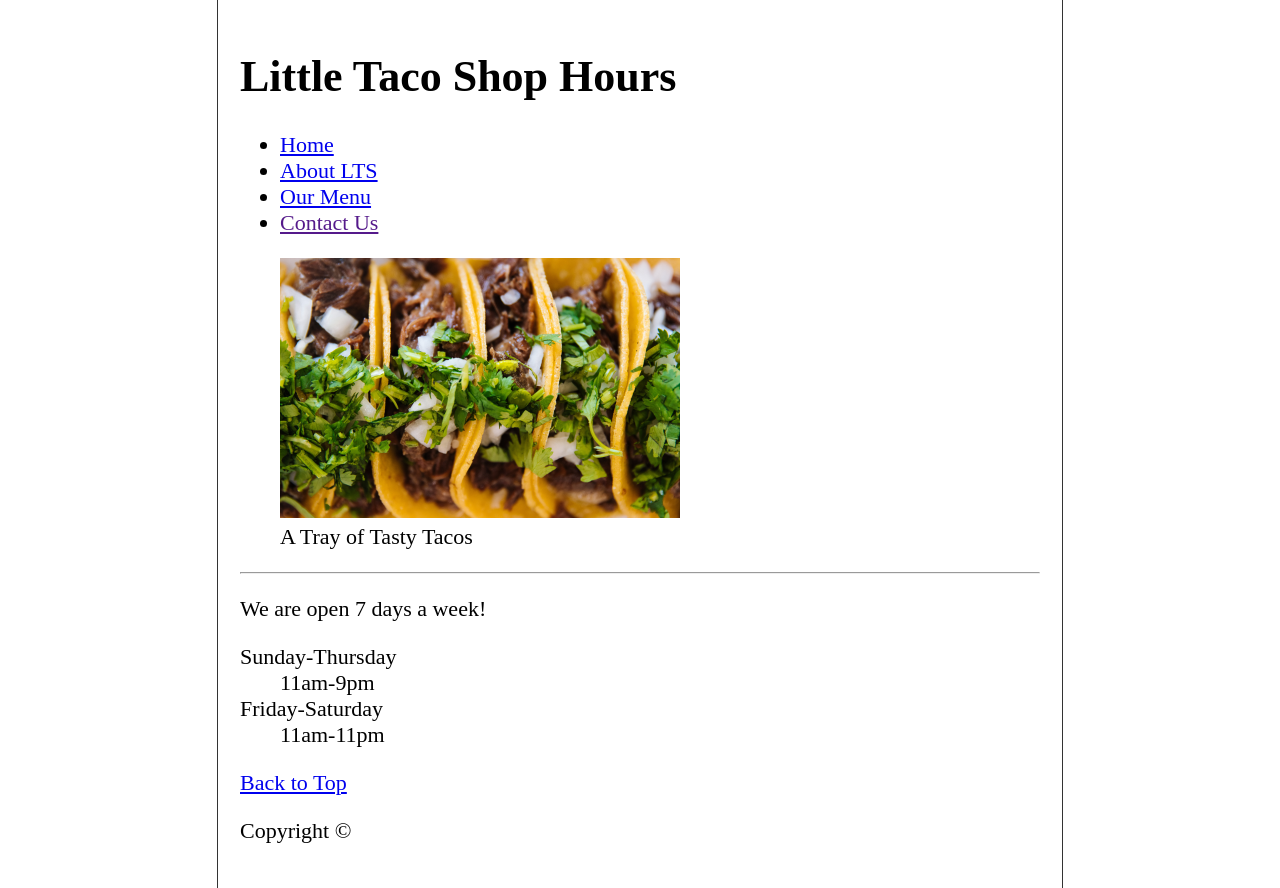
Repository: Israa-Odeh/html-basics-project
Page: hours.html
The author's editor kept a copy of each file at every save. The page is drawn from the files as they stood at one save, then again after the next save.
The browser window is 1280 px wide. The pictures show the whole page.

Above is the page before, as saved 2024-08-20 02:43:59.

### hours.html
<!DOCTYPE html>
<html lang="en">

<head>
    <meta charset="UTF-8">
    <meta name="author" content="Israa Odeh">
    <meta name="description"
        content="Little Taco Shop is open every day of the week. Come enjoy our tasty tacos and more during our convenient hours.">
    <title>Working Hours - LTS</title>
    <link rel="icon" href="favicon.ico" type="image/x-icon">
    <link rel="stylesheet" href="css/style.css">
</head>

<body>
    <header>
        <h1>Little Taco Shop Hours</h1>
        <nav>
            <ul>
                <li>
                    <a href="index.html">Home</a>
                </li>
                <li>
                    <a href="index.html#about">About LTS</a>
                </li>
                <li>
                    <a href="index.html#menu">Our Menu</a>
                </li>
                <li>
                    <a href="">Contact Us</a>
                </li>
            </ul>
        </nav>
        <figure>
            <img src="img/tacos_close_up_400x260.png"
                alt="Close-up of a taco topped with fresh onions and vibrant parsley." width="400" height="260">
            <figcaption>A Tray of Tasty Tacos</figcaption>
        </figure>
    </header>

    <hr>

    <main>
        <section>
            <p>We are open 7 days a week!</p>
            <dl>
                <dt>Sunday-Thursday</dt>
                <dd><time datetime="11:00">11am</time>-<time datetime="21:00">9pm</time></dd>
                <dt>Friday-Saturday</dt>
                <dd><time datetime="11:00">11am</time>-<time datetime="23:00">11pm</time></dd>
            </dl>
        </section>

    </main>

    <footer>
        <a href="#top">Back to Top</a>
        <p>Copyright &copy;</p>
    </footer>

</body>

</html>

Loaded but not shown: css/style.css (common file)

After the next save:
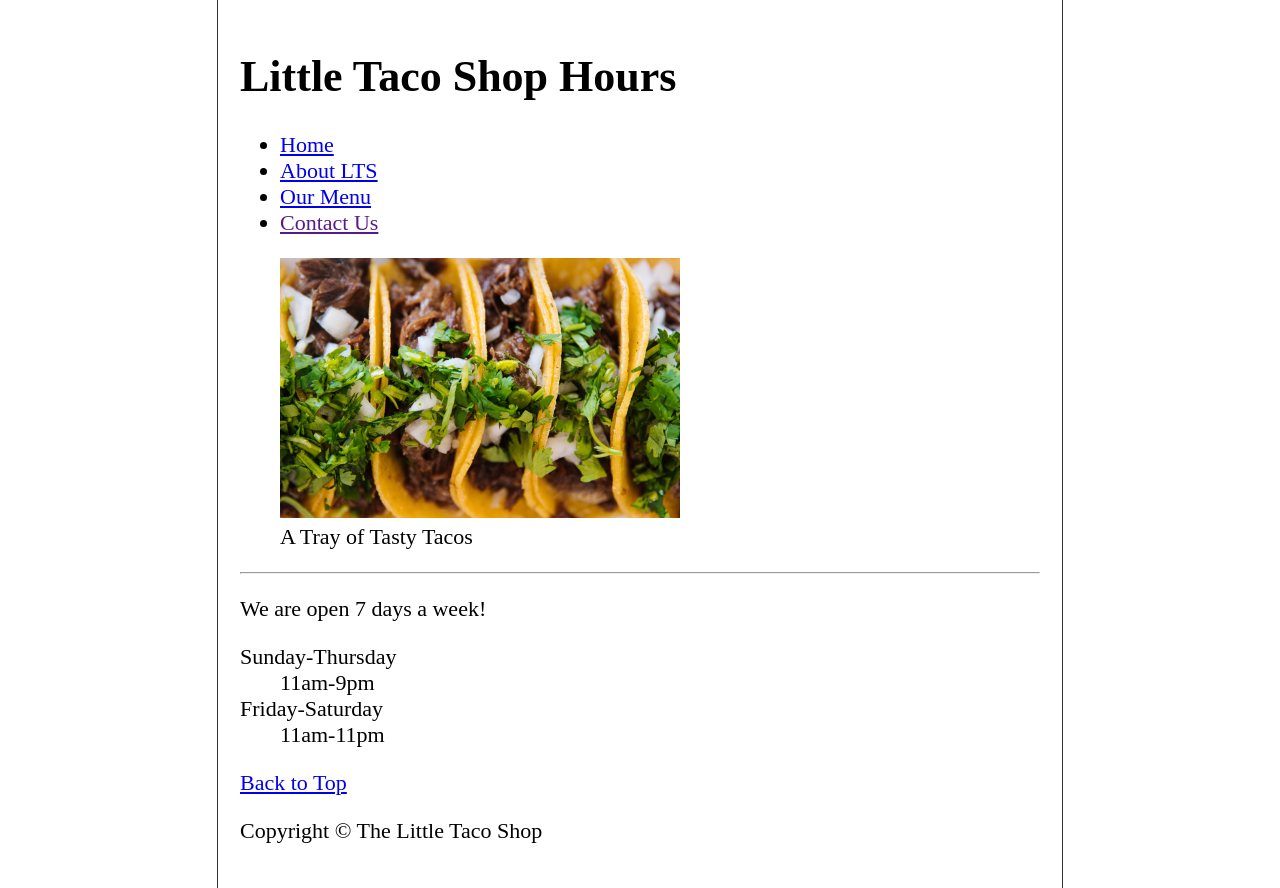
Saved 6 s later.
--- a/hours.html
+++ b/hours.html
@@ -54,7 +54,7 @@
 
     <footer>
         <a href="#top">Back to Top</a>
-        <p>Copyright &copy;</p>
+        <p>Copyright &copy; The Little Taco Shop</p>
     </footer>
 
 </body>
